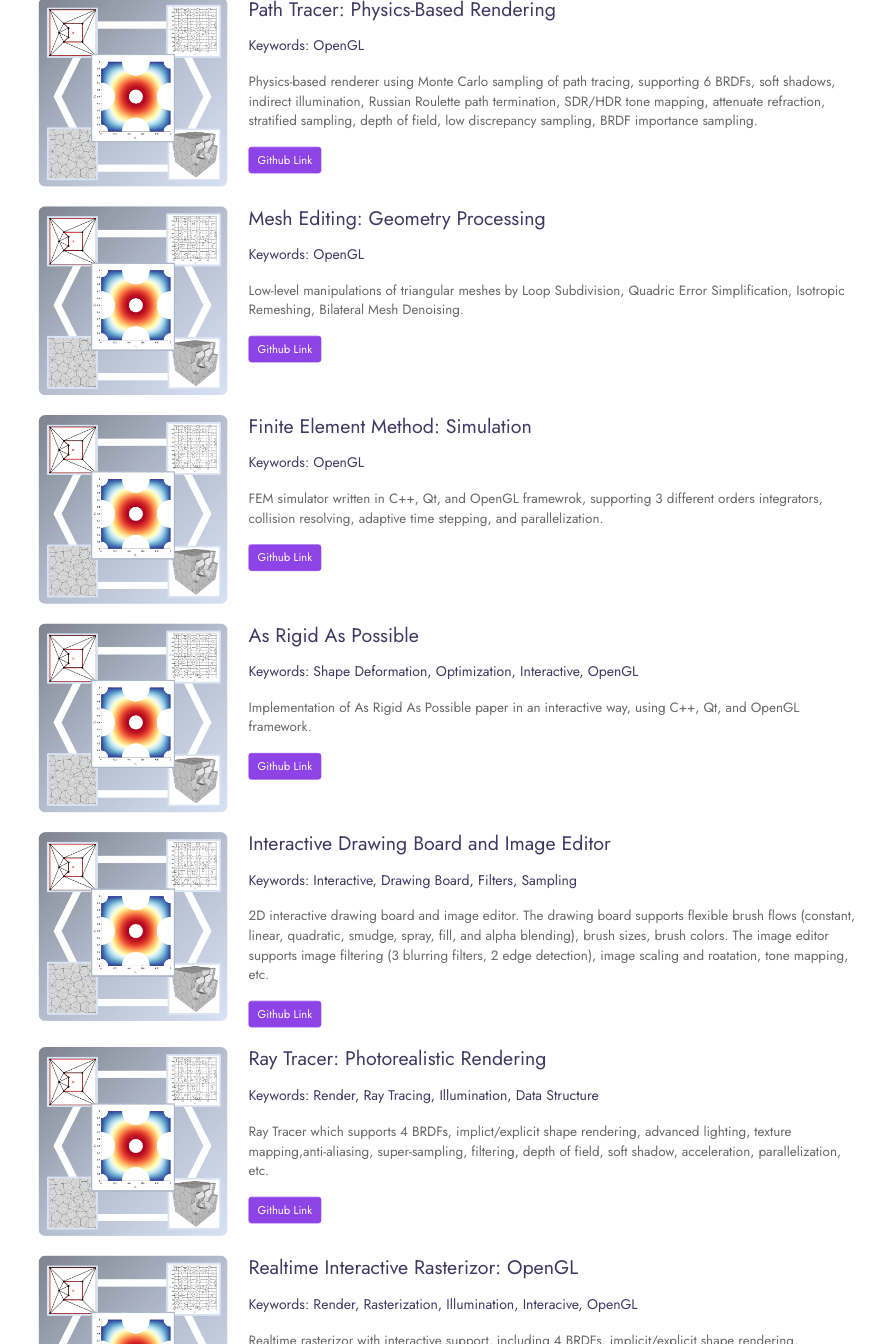
Repository: Junyu-Liu-Nate/junyu-liu-nate.github.io
Page: project.html
An editor plug-in stored every save of this project. The page is shown before and after a run of saves, followed by the edit.
The browser window is 1280 px wide. The pictures show the part of the page from y = 744 to 2664 px (the page is 3057 px tall), at 70% of full size.

Above is the page before, as saved 2024-04-10 19:14:14.
Console error: TypeError: Cannot read properties of null (reading 'classList')

### project.html
<!--
Author: Junyu Liu
Author: W3layouts
Author URL: http://w3layouts.com
-->
<!doctype html>
<html lang="en">

<head>
  <!-- Required meta tags -->
  <meta charset="utf-8">
  <meta name="viewport" content="width=device-width, initial-scale=1, shrink-to-fit=no">

  <title>Junyu Liu - Projects</title>

  <!-- google fonts -->
  <link href="//fonts.googleapis.com/css2?family=Jost:wght@300;400;600&display=swap" rel="stylesheet">

  <!-- Template CSS -->
  <link rel="stylesheet" href="assets/css/style-starter.css">
</head>

<body>
<!-- header -->
<header id="site-header" class="fixed-top">
  <div class="container">
      <nav class="navbar navbar-expand-lg stroke">
          <a class="navbar-brand" href="index.html">
              <span class="fa fa-laptop"></span> Junyu Liu
          </a>
          <!-- if logo is image enable this
      <a class="navbar-brand" href="#index.html">
          <img src="image-path" alt="Your logo" title="Your logo" style="height:35px;" />
      </a> -->
          <button class="navbar-toggler  collapsed bg-gradient" type="button" data-toggle="collapse"
              data-target="#navbarTogglerDemo02" aria-controls="navbarTogglerDemo02" aria-expanded="false"
              aria-label="Toggle navigation">
              <span class="navbar-toggler-icon fa icon-expand fa-bars"></span>
              <span class="navbar-toggler-icon fa icon-close fa-times"></span>
              </span>
          </button>

          <div class="collapse navbar-collapse" id="navbarTogglerDemo02">
            <ul class="navbar-nav ml-auto">
                <li class="nav-item active">
                    <a class="nav-link" href="index.html">Home <span class="sr-only">(current)</span></a>
                </li>
                <li class="nav-item @@research_active">
                    <a class="nav-link" href="research.html">Research</a>
                </li>
                <li class="nav-item @@project_active">
                  <a class="nav-link" href="project.html">Project</a>
                </li>
                <li class="nav-item @@service_active">
                  <a class="nav-link" href="service.html">Service</a>
                </li>
                <li class="nav-item @@art_active">
                    <a class="nav-link" href="art.html">Art</a>
                </li>
            </ul>
        </div>
          <!-- toggle switch for light and dark theme -->
          <div class="mobile-position">
              <nav class="navigation">
                  <div class="theme-switch-wrapper">
                      <label class="theme-switch" for="checkbox">
                          <input type="checkbox" id="checkbox">
                          <div class="mode-container">
                              <i class="gg-sun"></i>
                              <i class="gg-moon"></i>
                          </div>
                      </label>
                  </div>
              </nav>
          </div>
          <!-- //toggle switch for light and dark theme -->
      </nav>
  </div>
</header>
<!-- //header -->

<!-- about breadcrumb -->
<section class="w3l-about-breadcrumb text-center">
    <div class="breadcrumb-bg breadcrumb-bg-about py-sm-5 py-4">
        <div class="container py-2">
            <h2 class="title">Code Projects</h2>
            <ul class="breadcrumbs-custom-path mt-2">
                <li><a href="index.html">Home</a></li>
                <li class="active"><span class="fa fa-arrow-right mx-2" aria-hidden="true"></span> Code Projects </li>
            </ul>
            <br>
            <h5>Selection of my implementation of papers/algorithms, tools, course projects, and all other fun implementations.</h5>
        </div>
    </div>
</section>
<!-- //about breadcrumb -->

<!-- about page about section -->
<section class="w3l-aboutblock1" id="about">
    <div class="midd-w3 py-5">
        <div class="container py-lg-5 py-md-3">
              <div class="row">
                <div class="col-lg-3">
                  <div class="position-relative">
                      <img src="assets/images/project/thumnail/port-FEM-vs-VEM.png" alt="" class="radius-image img-fluid">
                  </div>
                </div>
                <div class="col-lg-9 mt-lg-0 mt-5">
                    <!-- <h5 class="title-small mb-2">Hello, I am UI/UX Designer</h5> -->
                    <h3 class="title">Realtime Interactive Particle System and Procedural Terrain Modeling</h3>
                    <br>
                    <h5>Keywords: OpenGL</h5>
                    <br>
                    <p>
                      Realtime simulation for nature, which includes particle systems for snow simulation, procedural generation algorithms for terrain, physics-based dynamic systems for snow-terrain interaction, and a dynamic weather system.
                    </p>
                    <br>
                    <div>
                      <a href="https://github.com/Junyu-Liu-Nate/Realtime-Interactive-Particle-System-Procedural-Modeling-OpenGL" class="btn btn-primary">Github Link</a>
                    </div>
                </div>
            </div>

            <p><br></p>

            <div class="row">
              <div class="col-lg-3">
                <div class="position-relative">
                    <img src="assets/images/project/thumnail/port-FEM-vs-VEM.png" alt="" class="radius-image img-fluid">
                </div>
              </div>
              <div class="col-lg-9 mt-lg-0 mt-5">
                  <!-- <h5 class="title-small mb-2">Hello, I am UI/UX Designer</h5> -->
                  <h3 class="title">Path Tracer: Physics-Based Rendering</h3>
                  <br>
                  <h5>Keywords: OpenGL</h5>
                  <br>
                  <p>
                    Physics-based renderer using Monte Carlo sampling of path tracing, supporting 6 BRDFs, soft shadows, indirect illumination, Russian Roulette path termination, SDR/HDR tone mapping, attenuate refraction, stratified sampling, depth of field, low discrepancy sampling, BRDF importance sampling.
                  </p>
                  <br>
                  <div>
                    <a href="https://github.com/Junyu-Liu-Nate/Path-Tracer-Physics-Based-Rendering" class="btn btn-primary">Github Link</a>
                  </div>
              </div>
            </div>

            <p><br></p>

            <div class="row">
              <div class="col-lg-3">
                <div class="position-relative">
                    <img src="assets/images/project/thumnail/port-FEM-vs-VEM.png" alt="" class="radius-image img-fluid">
                </div>
              </div>
              <div class="col-lg-9 mt-lg-0 mt-5">
                  <!-- <h5 class="title-small mb-2">Hello, I am UI/UX Designer</h5> -->
                  <h3 class="title">Mesh Editing: Geometry Processing</h3>
                  <br>
                  <h5>Keywords: OpenGL</h5>
                  <br>
                  <p>
                    Low-level manipulations of triangular meshes by Loop Subdivision, Quadric Error Simplification, Isotropic Remeshing, Bilateral Mesh Denoising.
                  </p>
                  <br>
                  <div>
                    <a href="https://github.com/Junyu-Liu-Nate/Mesh-Editing-Geometry-Processing" class="btn btn-primary">Github Link</a>
                  </div>
              </div>
            </div>

            <p><br></p>

            <div class="row">
              <div class="col-lg-3">
                <div class="position-relative">
                    <img src="assets/images/project/thumnail/port-FEM-vs-VEM.png" alt="" class="radius-image img-fluid">
                </div>
              </div>
              <div class="col-lg-9 mt-lg-0 mt-5">
                  <!-- <h5 class="title-small mb-2">Hello, I am UI/UX Designer</h5> -->
                  <h3 class="title">Finite Element Method: Simulation</h3>
                  <br>
                  <h5>Keywords: OpenGL</h5>
                  <br>
                  <p>
                    FEM simulator written in C++, Qt, and OpenGL framewrok, supporting 3 different orders integrators, collision resolving, adaptive time stepping, and parallelization.
                  </p>
                  <br>
                  <div>
                    <a href="https://github.com/Junyu-Liu-Nate/Finite-Element-Method-Simulation" class="btn btn-primary">Github Link</a>
                  </div>
              </div>
            </div>

            <p><br></p>

            <div class="row">
              <div class="col-lg-3">
                <div class="position-relative">
                    <img src="assets/images/project/thumnail/port-FEM-vs-VEM.png" alt="" class="radius-image img-fluid">
                </div>
              </div>
              <div class="col-lg-9 mt-lg-0 mt-5">
                  <!-- <h5 class="title-small mb-2">Hello, I am UI/UX Designer</h5> -->
                  <h3 class="title">As Rigid As Possible</h3>
                  <br>
                  <h5>Keywords: Shape Deformation, Optimization, Interactive, OpenGL</h5>
                  <br>
                  <p>
                    Implementation of As Rigid As Possible paper in an interactive way, using C++, Qt, and OpenGL framework.
                  </p>
                  <br>
                  <div>
                    <a href="https://github.com/Junyu-Liu-Nate/As-Rigid-As-Possible" class="btn btn-primary">Github Link</a>
                  </div>
              </div>
            </div>

            <p><br></p>

            <div class="row">
              <div class="col-lg-3">
                <div class="position-relative">
                    <img src="assets/images/project/thumnail/port-FEM-vs-VEM.png" alt="" class="radius-image img-fluid">
                </div>
              </div>
              <div class="col-lg-9 mt-lg-0 mt-5">
                  <!-- <h5 class="title-small mb-2">Hello, I am UI/UX Designer</h5> -->
                  <h3 class="title">Interactive Drawing Board and Image Editor</h3>
                  <br>
                  <h5>Keywords: Interactive, Drawing Board, Filters, Sampling</h5>
                  <br>
                  <p>
                    2D interactive drawing board and image editor. The drawing board supports flexible brush flows (constant, linear, quadratic, smudge, spray, fill, and alpha blending), brush sizes, brush colors. The image editor supports image filtering (3 blurring filters, 2 edge detection), image scaling and roatation, tone mapping, etc.
                  </p>
                  <br>
                  <div>
                    <a href="https://github.com/Junyu-Liu-Nate/Interactive-Drawing-Board-and-Image-Editor" class="btn btn-primary">Github Link</a>
                  </div>
              </div>
            </div>

            <p><br></p>

            <div class="row">
              <div class="col-lg-3">
                <div class="position-relative">
                    <img src="assets/images/project/thumnail/port-FEM-vs-VEM.png" alt="" class="radius-image img-fluid">
                </div>
              </div>
              <div class="col-lg-9 mt-lg-0 mt-5">
                  <!-- <h5 class="title-small mb-2">Hello, I am UI/UX Designer</h5> -->
                  <h3 class="title">Ray Tracer: Photorealistic Rendering</h3>
                  <br>
                  <h5>Keywords: Render, Ray Tracing, Illumination, Data Structure</h5>
                  <br>
                  <p>
                    Ray Tracer which supports 4 BRDFs, implict/explicit shape rendering, advanced lighting, texture mapping,anti-aliasing, super-sampling, filtering, depth of field, soft shadow, acceleration, parallelization, etc.
                  </p>
                  <br>
                  <div>
                    <a href="https://github.com/Junyu-Liu-Nate/Ray-Tracer-Photorealistic-Rendering" class="btn btn-primary">Github Link</a>
                  </div>
              </div>
            </div>

            <p><br></p>

            <div class="row">
              <div class="col-lg-3">
                <div class="position-relative">
                    <img src="assets/images/project/thumnail/port-FEM-vs-VEM.png" alt="" class="radius-image img-fluid">
                </div>
              </div>
              <div class="col-lg-9 mt-lg-0 mt-5">
                  <!-- <h5 class="title-small mb-2">Hello, I am UI/UX Designer</h5> -->
                  <h3 class="title">Realtime Interactive Rasterizor: OpenGL</h3>
                  <br>
                  <h5>Keywords: Render, Rasterization, Illumination, Interacive, OpenGL</h5>
                  <br>
                  <p>
                    Realtime rasterizor with interactive support, including 4 BRDFs, implicit/explicit shape rendering, interactive camera movements, FBO, texture mapping, FXAA, adaptive level of detail, etc.
                  </p>
                  <br>
                  <div>
                    <a href="https://github.com/Junyu-Liu-Nate/Realtime-Interactive-Rasterizor-OpenGL" class="btn btn-primary">Github Link</a>
                  </div>
              </div>
            </div>

            <p><br></p>
        </div>

    </div>
    </div>
    </div>
</section>
<!-- //about page about section -->

<!-- about page third section -->
<!-- <section class="w3l-content-6 py-5">
    <div class="content-6-mian py-lg-5 py-md-4">
        <div class="container">
            <div class="content-info-in row">
                <div class="content-gd col-lg-6">
                    <h3 class="title-big mb-4">My Research Journey</h3>
                    <p>
                      I began with several Human-Computer Interaction works, focusing on (semi-)autonomous vehicles, with an exploration in interactive toolkit designs, privacy protection techniques, and multi-modal predictions of statistics.
                      <br><br>

                      I pusue my love of Computer Graphics and dig deeper into Physics-based character animation, Geometry Processing, and Simulation. Now, my main interest is Geometry Processing and Digital Fabrication.
                    </p>
                </div>
                <div class="content-gd col-lg-4 offset-lg-1">
                    <br><br><br>
                    <h5><b>Project Topic Coverage</b></h5><br>
                    <div class="progress-info">
                        <h6 class="progress-tittle">Computer Graphics</h6>
                        <div class="progress">
                            <div class="progress-bar progress-bar-striped" role="progressbar" style="width: 36%"
                                aria-valuenow="36" aria-valuemin="0" aria-valuemax="100">
                            </div>
                        </div>
                    </div>
                    <div class="progress-info">
                        <h6 class="progress-tittle">Machine Learning
                        </h6>
                        <div class="progress">
                            <div class="progress-bar progress-bar-striped" role="progressbar" style="width: 55%"
                                aria-valuenow="55" aria-valuemin="0" aria-valuemax="100">
                            </div>
                        </div>
                    </div>
                    <div class="progress-info">
                        <h6 class="progress-tittle">Human-Computer-Interaction</h6>
                        <div class="progress">
                            <div class="progress-bar progress-bar-striped" role="progressbar" style="width: 64%"
                                aria-valuenow="64" aria-valuemin="0" aria-valuemax="100">
                            </div>
                        </div>
                    </div>
                </div>
            </div>
        </div>
    </div>
</section> -->
<!-- about page third section -->

<!-- Footer -->
<section class="w3l-footer py-sm-5 py-4">
  <div class="container">
    <div class="footer-content">
      <div class="row">
        <div class="col-lg-8 footer-left">
          <p class="m-0">Junyu Liu © Copyright 2023. (Acknowledge: Template originally designed by <a href="https://w3layouts.com">W3layouts</a>)</p>
        </div>
        <div class="col-lg-4 footer-right text-lg-right text-center mt-lg-0 mt-3">
          <ul class="social m-0 p-0">
            <li><a href="#facebook"><span class="fa fa-facebook-official"></span></a></li>
            <li><a href="#linkedin"><span class="fa fa-linkedin-square"></span></a></li>
            <li><a href="#instagram"><span class="fa fa-instagram"></span></a></li>
            <li><a href="#twitter"><span class="fa fa-twitter"></span></a></li>
          </ul>
        </div>
      </div>
    </div>
  </div>

  <!-- move top -->
  <button onclick="topFunction()" id="movetop" title="Go to top">
    <span class="fa fa-angle-up"></span>
  </button>
  <script>
    // When the user scrolls down 20px from the top of the document, show the button
    window.onscroll = function () {
      scrollFunction()
    };

    function scrollFunction() {
      if (document.body.scrollTop > 20 || document.documentElement.scrollTop > 20) {
        document.getElementById("movetop").style.display = "block";
      } else {
        document.getElementById("movetop").style.display = "none";
      }
    }

    // When the user clicks on the button, scroll to the top of the document
    function topFunction() {
      document.body.scrollTop = 0;
      document.documentElement.scrollTop = 0;
    }
  </script>
  <!-- /move top -->
</section>
<!-- //Footer -->

<!-- all js scripts and files here -->

<script src="assets/js/theme-change.js"></script><!-- theme switch js (light and dark)-->

<script src="assets/js/jquery-3.3.1.min.js"></script><!-- default jQuery -->

<!-- /typig-text-->
<script>
  const typedTextSpan = document.querySelector(".typed-text");
  const cursorSpan = document.querySelector(".cursor");

  const textArray = ["UI/UX Designer", "Freelancer", "Web developer"];
  const typingDelay = 200;
  const erasingDelay = 10;
  const newTextDelay = 100; // Delay between current and next text
  let textArrayIndex = 0;
  let charIndex = 0;

  function type() {
    if (charIndex < textArray[textArrayIndex].length) {
      if (!cursorSpan.classList.contains("typing")) cursorSpan.classList.add("typing");
      typedTextSpan.textContent += textArray[textArrayIndex].charAt(charIndex);
      charIndex++;
      setTimeout(type, typingDelay);
    } else {
      cursorSpan.classList.remove("typing");
      setTimeout(erase, newTextDelay);
    }
  }

  function erase() {
    if (charIndex > 0) {
      // add class 'typing' if there's none
      if (!cursorSpan.classList.contains("typing")) {
        cursorSpan.classList.add("typing");
      }
      typedTextSpan.textContent = textArray[textArrayIndex].substring(0, 0);
      charIndex--;
      setTimeout(erase, erasingDelay);
    } else {
      cursorSpan.classList.remove("typing");
      textArrayIndex++;
      if (textArrayIndex >= textArray.length) textArrayIndex = 0;
      setTimeout(type, typingDelay);
    }
  }

  document.addEventListener("DOMContentLoaded", function () { // On DOM Load initiate the effect
    if (textArray.length) setTimeout(type, newTextDelay + 250);
  });
</script>
<!-- //typig-text-->

<!-- services owlcarousel -->
<script src="assets/js/owl.carousel.js"></script>

<!-- script for services -->
<script>
  $(document).ready(function () {
    $('.owl-two').owlCarousel({
      loop: true,
      margin: 30,
      nav: false,
      responsiveClass: true,
      autoplay: false,
      autoplayTimeout: 5000,
      autoplaySpeed: 1000,
      autoplayHoverPause: false,
      responsive: {
        0: {
          items: 1,
          nav: false
        },
        480: {
          items: 1,
          nav: false
        },
        700: {
          items: 1,
          nav: false
        },
        1090: {
          items: 3,
          nav: false
        }
      }
    })
  })
</script>
<!-- //script for services -->

<!-- script for tesimonials carousel slider -->
<script>
  $(document).ready(function () {
    $("#owl-demo1").owlCarousel({
      loop: true,
      margin: 20,
      nav: false,
      responsiveClass: true,
      responsive: {
        0: {
          items: 1,
          nav: false
        },
        736: {
          items: 1,
          nav: false
        },
        1000: {
          items: 2,
          nav: false,
          loop: false
        }
      }
    })
  })
</script>
<!-- //script for tesimonials carousel slider -->

<!-- video popup -->
<script src="assets/js/jquery.magnific-popup.min.js"></script>
<script>
  $(document).ready(function () {
    $('.popup-with-zoom-anim').magnificPopup({
      type: 'inline',

      fixedContentPos: false,
      fixedBgPos: true,

      overflowY: 'auto',

      closeBtnInside: true,
      preloader: false,

      midClick: true,
      removalDelay: 300,
      mainClass: 'my-mfp-zoom-in'
    });

    $('.popup-with-move-anim').magnificPopup({
      type: 'inline',

      fixedContentPos: false,
      fixedBgPos: true,

      overflowY: 'auto',

      closeBtnInside: true,
      preloader: false,

      midClick: true,
      removalDelay: 300,
      mainClass: 'my-mfp-slide-bottom'
    });
  });
</script>
<!-- //video popup -->

<!-- stats number counter-->
<script src="assets/js/jquery.waypoints.min.js"></script>
<script src="assets/js/jquery.countup.js"></script>
<script>
  $('.counter').countUp();
</script>
<!-- //stats number counter -->

<!-- disable body scroll which navbar is in active -->
<script>
  $(function () {
    $('.navbar-toggler').click(function () {
      $('body').toggleClass('noscroll');
    })
  });
</script>
<!-- disable body scroll which navbar is in active -->

<!--/MENU-JS-->
<script>
  $(window).on("scroll", function () {
    var scroll = $(window).scrollTop();

    if (scroll >= 80) {
      $("#site-header").addClass("nav-fixed");
    } else {
      $("#site-header").removeClass("nav-fixed");
    }
  });

  //Main navigation Active Class Add Remove
  $(".navbar-toggler").on("click", function () {
    $("header").toggleClass("active");
  });
  $(document).on("ready", function () {
    if ($(window).width() > 991) {
      $("header").removeClass("active");
    }
    $(window).on("resize", function () {
      if ($(window).width() > 991) {
        $("header").removeClass("active");
      }
    });
  });
</script>
<!--//MENU-JS-->

<!-- bootstrap js -->
<script src="assets/js/bootstrap.min.js"></script>

</body>

</html>

Loaded but not shown: assets/css/style-starter.css (library); assets/js/theme-change.js (common file); assets/js/jquery-3.3.1.min.js (library); assets/js/owl.carousel.js (library); assets/js/jquery.magnific-popup.min.js (library); assets/js/jquery.waypoints.min.js (library); assets/js/jquery.countup.js (common file); assets/js/bootstrap.min.js (library)

After the next 3 saves:
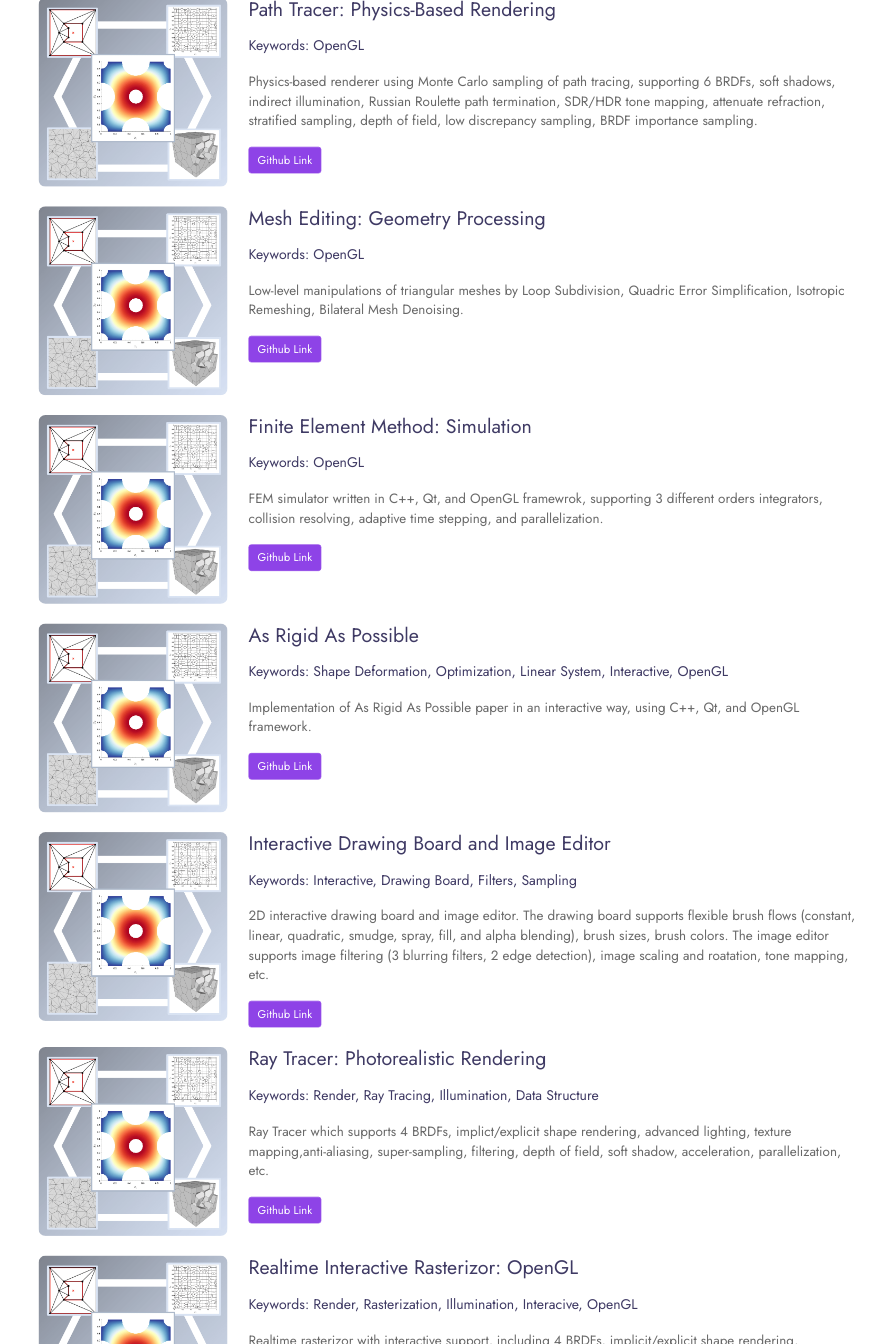
The 3 saves are shown as one change because they came seconds apart.
The last was saved 10 s later.
--- a/project.html
+++ b/project.html
@@ -205,7 +205,7 @@
                   <!-- <h5 class="title-small mb-2">Hello, I am UI/UX Designer</h5> -->
                   <h3 class="title">As Rigid As Possible</h3>
                   <br>
-                  <h5>Keywords: Shape Deformation, Optimization, Interactive, OpenGL</h5>
+                  <h5>Keywords: Shape Deformation, Optimization, Linear System, Interactive, OpenGL</h5>
                   <br>
                   <p>
                     Implementation of As Rigid As Possible paper in an interactive way, using C++, Qt, and OpenGL framework.
